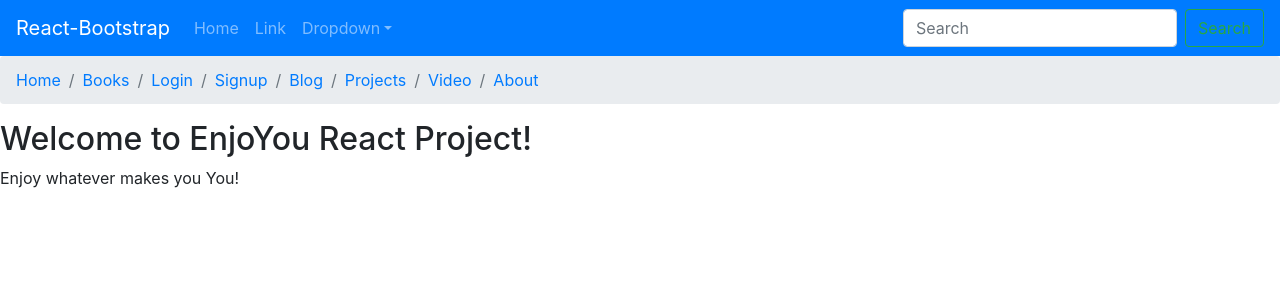
Repository: ebo-arcadia/enjoyou
Page: /
These files come from the project's save history. The page is drawn as it stood at one moment and after the next save; the edit follows.
The browser window is 1280 px wide. The pictures show the whole page.
The project was rebuilt for these pictures with package versions that can differ from the ones it lists, and the page was loaded fresh each time. Also part of the build but not shown: src/components/BooksList.js, src/containers/Login.js, src/containers/signup.js, src/containers/blog.js, src/containers/Projects.js, src/containers/video.js, src/components/About.js.

Above is the page before, as saved 2021-04-20 16:56:27.

After the next save:
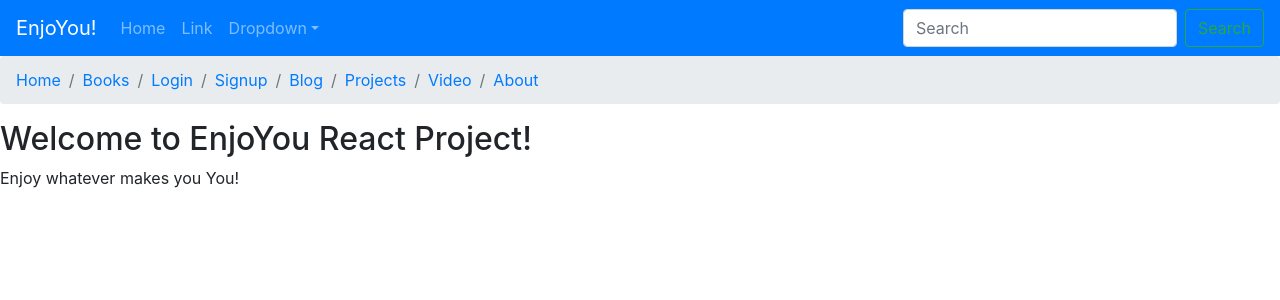
Saved 19 s later.
--- a/src/components/NavigationBar.js
+++ b/src/components/NavigationBar.js
@@ -4,7 +4,7 @@ import { Navbar, Nav, NavDropdown, Form, FormControl, Button } from 'react-boots
 const NavigationBar = () => {
     return (
         <Navbar bg="primary" expand="lg" variant="dark">
-        <Navbar.Brand href="#home">React-Bootstrap</Navbar.Brand>
+        <Navbar.Brand href="#home">EnjoYou!</Navbar.Brand>
         <Navbar.Toggle aria-controls="basic-navbar-nav" />
         <Navbar.Collapse id="basic-navbar-nav">
           <Nav className="mr-auto">
